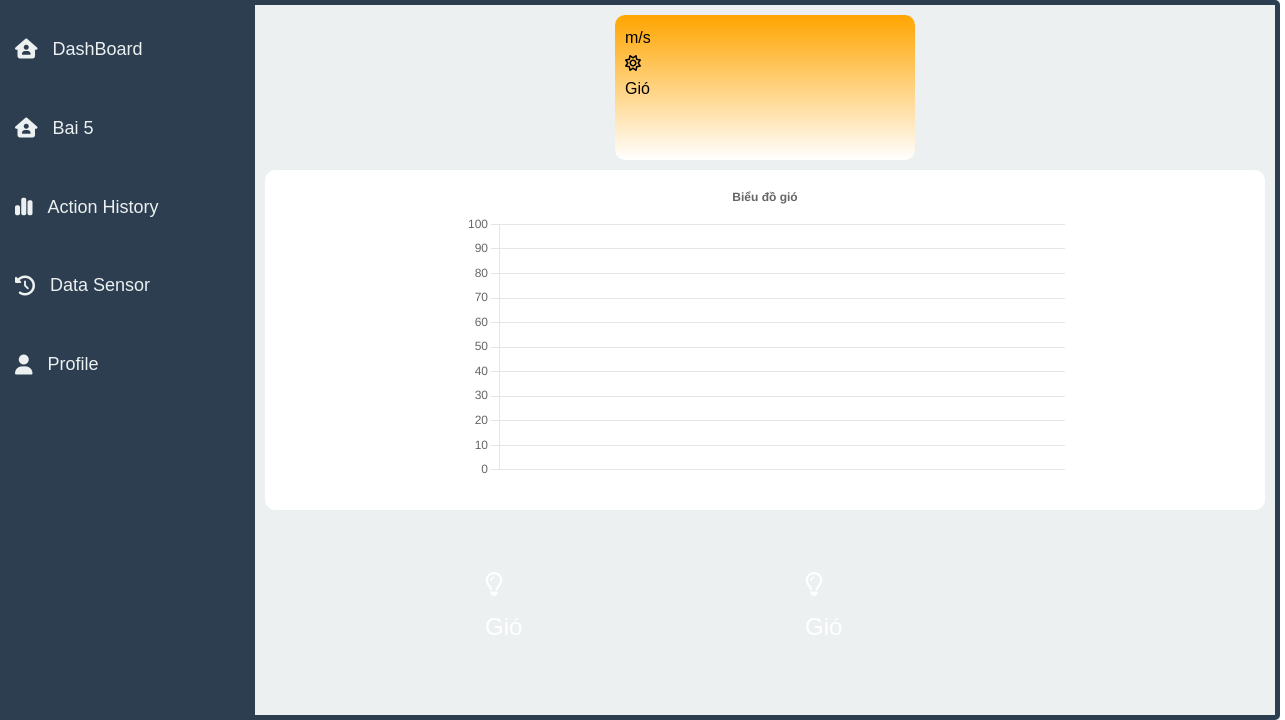
Repository: duongnoob23/duyyyy
Page: /bai5 (app in iot/)
The author's editor kept a copy of each file at every save. The page is drawn from the files as they stood at one save, then again after the next save.
The browser window is 1280 px wide. The page is 1285 px wide, so the pictures cover 1285 px, including what lies to the right of the window. The pictures show the whole page.
The page's requests for data from a server got no answer. Some web libraries are served in a nearby version. The project was rebuilt for these pictures with package versions that can differ from the ones it lists, and the page was loaded fresh each time. No one was signed in, and anything a server would have sent is missing. Also part of the build but not shown: iot/src/App.css, iot/src/Components/Doughnut/GaugeChart.js, iot/src/Components/LineChart/LineChartECharts.js, iot/src/Pages/Home/Home.js, iot/src/Pages/DataLogs/DataLogs.js, iot/src/Pages/Profile/Profile.css, iot/src/Pages/Profile/Profile.js, iot/src/Pages/Action/Action.js and 1 more.

Above is the page before, as saved 2024-12-02 21:23:38.

### iot/public/index.html
<!DOCTYPE html>
<html lang="en">
  <head>
    <meta charset="utf-8" />
    <link rel="icon" href="%PUBLIC_URL%/favicon.ico" />
    <meta name="viewport" content="width=device-width, initial-scale=1" />
    <meta name="theme-color" content="#000000" />
    <meta
      name="description"
      content="Web site created using create-react-app"
    />
    <link rel="apple-touch-icon" href="%PUBLIC_URL%/logo192.png" />
    <!--
      manifest.json provides metadata used when your web app is installed on a
      user's mobile device or desktop. See https://developers.google.com/web/fundamentals/web-app-manifest/
    -->
    <link rel="manifest" href="%PUBLIC_URL%/manifest.json" />
    <!--
      Notice the use of %PUBLIC_URL% in the tags above.
      It will be replaced with the URL of the `public` folder during the build.
      Only files inside the `public` folder can be referenced from the HTML.

      Unlike "/favicon.ico" or "favicon.ico", "%PUBLIC_URL%/favicon.ico" will
      work correctly both with client-side routing and a non-root public URL.
      Learn how to configure a non-root public URL by running `npm run build`.
    -->
    <link rel="stylesheet" href="https://cdnjs.cloudflare.com/ajax/libs/font-awesome/6.6.0/css/all.min.css" integrity="sha512-Kc323vGBEqzTmouAECnVceyQqyqdsSiqLQISBL29aUW4U/M7pSPA/gEUZQqv1cwx4OnYxTxve5UMg5GT6L4JJg==" crossorigin="anonymous" referrerpolicy="no-referrer" />
    <title>React App</title>
    <script src="https://code.highcharts.com/highcharts.js"></script>
  </head>
  <body>
    <noscript>You need to enable JavaScript to run this app.</noscript>
    <div id="root"></div>
    <!--
      This HTML file is a template.
      If you open it directly in the browser, you will see an empty page.

      You can add webfonts, meta tags, or analytics to this file.
      The build step will place the bundled scripts into the <body> tag.

      To begin the development, run `npm start` or `yarn start`.
      To create a production bundle, use `npm run build` or `yarn build`.
    -->
  </body>
</html>

### iot/src/index.js
import React from 'react';
import { DatePicker } from 'antd';
import ReactDOM from 'react-dom/client';
import './index.css';
import App from './App';
import reportWebVitals from './reportWebVitals';
import { BrowserRouter } from 'react-router-dom';


const root = ReactDOM.createRoot(document.getElementById('root'));
root.render(
  // <React.StrictMode>
  <BrowserRouter>
    <App />
  </BrowserRouter>

  // </React.StrictMode>
);


reportWebVitals();

### iot/src/index.css
body {
  margin: 0;
  font-family: -apple-system, BlinkMacSystemFont, 'Segoe UI', 'Roboto', 'Oxygen',
    'Ubuntu', 'Cantarell', 'Fira Sans', 'Droid Sans', 'Helvetica Neue',
    sans-serif;
  -webkit-font-smoothing: antialiased;
  -moz-osx-font-smoothing: grayscale;
}

code {
  font-family: source-code-pro, Menlo, Monaco, Consolas, 'Courier New',
    monospace;
}

*{
  box-sizing: border-box;
  font-family: Arial, Helvetica, sans-serif;
}

html{
  font-size: 62.5%;
}

ul,li{
  list-style-type: none;
  margin: 0;
  padding:0;
}
a{
  text-decoration: none;
}

body{
  margin: 0;
  padding: 0;

}

### iot/src/App.js
// import logo from './logo.svg';
import './App.css';
import Layout from './Components/Layout/Layout';
import { Routes,Route} from 'react-router-dom';
import Home from './Pages/Home/Home';
import DataLogs from './Pages/DataLogs/DataLogs';
import Profile from './Pages/Profile/Profile';
import Action from './Pages/Action/Action';
import Bai5 from './Pages/Bai5/Bai5';
function App() {
  return (
    <>

      <Routes>
          <Route path="/" element = {<Layout/>}>
            <Route path='home' element={<Home/>}/>
            <Route path='bai5' element={<Bai5 />}/>
            <Route path='datalogs' element={<DataLogs/>}/>
            <Route path='profile' element={<Profile/>}/>
            <Route path='action' element={<Action/>}/>
          </Route>
      </Routes>
    </>
  );
}

export default App;

### iot/src/Components/Layout/Layout.js
import './Layout.css'
import { Link, Outlet, } from "react-router-dom";
// import { useState } from "react";

function Layout(){

    return (
        <>

        <div className="dashBoard">
        <div className="sideBar">
            <ul className="sideBar-list">
                <li className="sideBar-item">
                    {/* <a  href="#" className="sideBar-icon">
                        <i className="fa-solid fa-house-user">
                        </i>
                        <span className='sideBar-text'>DashBoard</span>
                    </a> */}
                    <Link className='sideBar-icon' to={"/home"}>
                        <i className="fa-solid fa-house-user">
                        </i>
                        <span className='sideBar-text'>DashBoard</span>
                    </Link>
                </li>
                <li className="sideBar-item">
                    <Link className='sideBar-icon' to={"/bai5"}>
                        <i className="fa-solid fa-house-user">
                        </i>
                        <span className='sideBar-text'>Bai 5</span>
                    </Link>
                </li>
                <li className="sideBar-item">
                <Link  className="sideBar-icon" to={"/action"}>
                    <i className="fa-solid fa-chart-simple"></i>
                        <span className='sideBar-text'>Action History</span>
                    </Link>
                </li>
                <li className="sideBar-item">
                    <Link className="sideBar-icon" to={"/datalogs"} >
                    <i className="fa-solid fa-clock-rotate-left"></i>
                        <span className='sideBar-text'> Data Sensor</span>
                    </Link>
                </li>
                <li className="sideBar-item">

                    <Link className="sideBar-icon" to={"/profile"}>
                        <i className="fa-solid fa-user"></i>
                        <span className='sideBar-text'>Profile</span>
                    </Link>
                </li>
            </ul>
        </div>
        <div className="sideMain">
            <Outlet/>
        </div>
    </div>
        </>
    )
}

export default Layout;

### iot/src/Components/Layout/Layout.css


/* Reset default padding and margins */
* {
    margin: 0;
    padding: 0;
    box-sizing: border-box;
}

/* DashBoard container */
.dashBoard {
    display: flex;
    height : 100vh;
    font-family: 'Roboto', sans-serif;
}

/* SideBar styling */
.sideBar {
    width: 250px;
    background-color: #2c3e50;
    padding: 20px 0;
    position: fixed;
    height: 100%;
    transition: all 0.3s ease;
}

.sideBar-list {
    list-style: none;
    padding-left: 0;
}

.sideBar-item {
    margin-bottom: 20px;
}

.sideBar-icon {
    display: flex;
    align-items: center;
    padding: 15px;
    color: #ecf0f1;
    text-decoration: none;
    transition: background 0.3s ease, color 0.3s ease;
}

.sideBar-icon i {
    margin-right: 15px;
    font-size: 20px;
}

/* Hover effect for sidebar items */
.sideBar-icon:hover {
    background-color: #34495e;
    color: #1abc9c;
    cursor: pointer;
    padding-left: 25px; /* Add a slide effect */
    transition: all 0.3s ease;
}

.sideBar-text {
    font-size: 18px;
}

/* Active link effect */
.sideBar-icon.active {
    background-color: #1abc9c;
    color: #fff;
    border-radius: 8px;
    transition: all 0.3s ease;
}

/* SideMain styling */
.sideMain {
    margin-left: 250px;
    background-color: #ecf0f1;
    flex-grow: 1;
}

/* Responsive Design */
@media screen and (max-width: 768px) {
    .sideBar {
        width: 200px;
    }

    .sideBar-icon {
        padding: 10px;
    }

    .sideMain {
        margin-left: 200px;
        padding: 20px;
    }
}

@media screen and (max-width: 576px) {
    .sideBar {
        width: 60px;
    }

    .sideBar-icon i {
        margin-right: 0;
        text-align: center;
        flex: 1;
    }

    .sideBar-text {
        display: none;
    }

    .sideMain {
        margin-left: 60px;
        padding: 10px;
    }
}

### iot/src/Pages/Home/Home.css
/* General Styling */
.main {
    display: flex;
    flex-direction: column;
    height : 100%; /* Chiếm toàn bộ chiều cao của màn hình */

    box-sizing: border-box; /* Đảm bảo padding không làm thay đổi kích thước */
}

.section {
  width: 100%;
  height : 100%;
}



.section-one{
    width: 100vh;
    height : 100%;
    display: flex;
    flex-direction: row;

}

.left{
  width: 75%;
}

.right{
  width: 25%;
}

.sensor{
    height: 30%;
}


.sensor-list {
    height: 100%;
    display: flex;
    list-style-type: none;
    padding: 0;
    margin: 0;
    justify-content: space-between; /* Rải đều các phần tử trong container */
    width: 100%; /* Chiếm toàn bộ chiều rộng của màn hình */
}

.sensor-item {
    flex: 1; /* Các phần tử sẽ tự động chiếm đều không gian */
    /* padding: 5px; */
    background-color: #ffffff;
    border-radius: 12px;
    box-shadow: 0 4px 12px rgba(0, 0, 0, 0.1);
    display: flex;
    flex-direction: column;
    align-items: center;
    text-align: center;
    margin: 10px;
    min-width: 50px; /* Đảm bảo các phần tử không quá nhỏ */
}
  .sensor-item .sensor-digit {
    font-size: 1.2em;
    font-weight: bold;
    margin-bottom: 5px;
    color: #333;
  }

  .sensor-item:nth-child(2){
    /* margin:10px 20px; */
  }

  .sensor-bar {
    width: 100%;
    height: 100px;
    background-color: #e0e0e0;
    border-radius: 8px;
    position: relative;
    overflow: hidden;
    margin: 10px 0;
  }

  .sensor-fill {
    position: absolute;
    bottom: 0;
    width: 100%;
    border-radius: 8px;
  }

  .sensor-item.light .sensor-fill {
    background-color: #ffb74d; /* Soft orange for light */
  }

  .sensor-item.temperature .sensor-fill {
    background-color: #ef5350; /* Soft red for temperature */
  }

  .sensor-item.humidity .sensor-fill {
    background-color: #42a5f5; /* Soft blue for humidity */
  }

  .label {
    font-size: 0.9em;
    font-weight: 600;
    color: #777;
  }
  /* Chart Section */
  .chart {
    height: 70%;
    width: 100%;
    /* margin-top: 20px; */
    /* margin: 15px; */
    padding: 0;
  }
.styleChart{
  aspect-ratio: 7/3;
}
  /* Electric Section */
  .electric {
    width: 100%;
    margin-top: 5px;
  }

  .electric-list {
    list-style: none;
    padding: 0;
    margin: 0;
    display: flex;
    flex-direction: column;
    justify-content: space-around;
    gap: 15px;
  }

  .electric-item {
    /* flex: 1; */
    text-align: center;
    padding: 20px;
    background-color: #f9f9f9;
    border-radius: 10px;
    box-shadow: 0px 4px 10px rgba(0, 0, 0, 0.1);
    transition: transform 0.3s ease, box-shadow 0.3s ease;
    width: 300px;
  }




  .electric-box {
    position: relative;
    margin-bottom: 10px;
  }

  .electric-input {
    display: none;
  }

  .electric-label {
    display: block;
    width: 60px;
    height: 30px;
    background-color: #ddd;
    border-radius: 15px;
    position: relative;
    cursor: pointer;
    transition: background-color 0.3s;
  }



  .electric-input:checked + .electric-label {
    background-color: #4caf50;
  }

  .electric-input:checked + .electric-label:before {
    left: 31px;
  }

  .on-off {
    font-weight: bold;
    margin-top: 8px;
    font-size: 16px;
  }

  .electric-item i {
    font-size: 36px;
    color: #4caf50;
  }

  .electric-item .light-icon,
  .electric-item .temp-icon,
  .electric-item .air-icon {
    color: #aaa;
  }

/* css button  */

### iot/src/Components/Helper/URL.js
export const URL = "http://localhost:3001";

### iot/src/Pages/DataLogs/DataLogs.css
*{
    box-sizing: border-box;
}
.table {
    width: 90%;
    border-collapse: collapse;
    margin: 10px;
    border-radius:10px;
    overflow: hidden;
}

.data{
    border:5px solid #2c3e50;
    border-radius: 0 5px 5px 0;
    height: 100%;
}

.table__body{
    border-radius: 10px;
    border: 2px solid #2c3e50;
}

.table__head{
    border: 2px solid #2c3e50;
}
th, td {
    padding: 10px;
    text-align: center;
    border-bottom: 1px solid #ddd;
}
th {
    background-color: #2c3e50;
    color: white;
}

.table-row__body{
    transition: all 0.1s linear;

}
.table-row__body:nth-child(even){
    background-color: #eee;

}
.table-row__body:hover{
    background-color: #2c3e50;
    color: #F4C427;

}

.table-row__body:active{
    background-color: #2c3e50;
    color: #F4C427;
}
.data__title{
    margin-left: 10px;
    font-size: 20px;
    font-weight: bold;
}

.data__sort{
    margin-left: 10px;
    font-size: 15px;
    font-weight: bold;
    margin-bottom: 10px;

}

.data__in{
    border-radius: 10px;
    border: 2px solid #7A40F2;
    margin: 10px;
}

### iot/src/Pages/Action/Action.css
* {
    box-sizing: border-box;
    font-family: 'Arial', sans-serif; /* Change this to your preferred font */
    font-size: 16px; /* Default font size */
    line-height: 1.6; /* Controls line spacing */
}


.action {
    border: 5px solid #2c3e50;
    border-radius: 0 5px 5px 0;
    height: 100vh; /* Full viewport height */
    display: flex;
    flex-direction: column;
    justify-content: space-between; /* Distribute space evenly */
}

.action-title {
    margin-left: 10px;
    font-size: 24px;
    font-weight: bold;
    margin-bottom: 20px;
}

.option {
    display: flex;
    align-items: center;
    margin-bottom: 20px;
}

.search {
    margin-left: 20px;
    display: flex;
    align-items: center;
}

.search__input {
    padding: 8px 15px;
    border-radius: 8px;
    outline: none;
    border: 1px solid #2c3e50;
    margin-right: 5px;
    font-size: 16px;
}

.search__icon {
    cursor: pointer;
    font-size: 20px;
    color: #2c3e50;
}

.select, .select2 {
    margin-left: auto;
    padding: 0 10px;
}

.select__list {
    padding: 8px 12px;
    border-radius: 8px;
    border: 1px solid #2c3e50;
    outline: none;
    font-size: 16px;
}

/* Table container to control overflow */
.table__container {
    flex-grow: 1;
    overflow-y: auto;
    border-radius: 10px;
    margin: 0 20px;
    padding-bottom: 20px;
}

.table {
    width: 100%;
    border-collapse: collapse;
}

.table__head {
    background-color: #2c3e50;
    color: white;
    border-radius: 10px 10px 0 0;
}

.table-row__head th, .table-row__body td {
    padding: 10px;
    text-align: center;
}

.table-row__body:nth-child(even) {
    background-color: #f7f7f7;
}

.table-row__body:hover {
    background-color: #2c3e50;
    color: #F4C427;
}

/* Maintain height to ensure 10 rows fill the page */
.table-row__body {
    height: 40px; /* Adjust this based on design preferences */
    transition: background-color 0.3s;
}

.table__body {
    border-radius: 0 0 10px 10px;
}

.pagination {
    margin-right: 20px;
    padding: 10px 0;
    text-align: right;
}

.pagi__list {
    display: flex;
    justify-content: flex-end;
    align-items: center;
    font-size: 16px;
}

.pagi__item {
    margin: 0 5px;
    cursor: pointer;
    padding: 5px 10px;
    border: 1px solid #3498db;
    border-radius: 5px;
    transition: background-color 0.3s;
}

.pagi__next, .pagi__pre {
    color: #3498db;
}

.pagi__cur {
    font-weight: bold;
    color: #fff;
    background-color: #15181b;
    border-radius: 5px;
    padding: 5px 10px;
}

/* Ensure last row visibility */
.table__container::-webkit-scrollbar {
    width: 6px;
}

.table__container::-webkit-scrollbar-thumb {
    background-color: #121518;
    border-radius: 10px;
}

### iot/src/Pages/Bai5/Bai5.css
.main{
    width: 100%;
    padding:10px;
    height: 100%;
    border:5px solid #2c3e50;
    border-radius: 0 5px 5px 0;
}


.section{
}

.section .section-two{
    height: 100%;
    width: 100%;
    display: flex;
    flex-direction: column;
}



.electric{
    background-color: white;
    /* padding:10px; */
    border-radius: 15px;
    /* margin-bottom: 15px; */
}

.electric-list{
    display: flex;
    justify-content: center;
    align-items: center;
    margin-left: -20px;
    height: 100%;
}

.electric-item{
    width: 80%;
    height: calc(100% / 3 - 10px);
    margin-left: 20px;
    /* background-color: white; */
    border-radius: 10px;
    padding: 10px;
    box-shadow: rgba(0, 0, 0, 0.35) 0px 5px 15px;
    color:#2c3e50;
    display: flex;
    flex-direction: column;
    justify-content: space-between;
    font-size: 15px;
    transition: all 0.25s linear;
    position: relative;
    /* cursor: pointer; */
}

/* .electric-item:hover{
    background-color: #2c3e50;
    color: white;
    box-shadow: #2c3e50 3px 3px 9px 0px;
} */

.electric-item i{
    font-size: 40px;
}

.electric-item .on-off{
    font-size: 20px;
    color: black;
    margin-top: 0;
}

.electric-item:hover .on-off{
    /* color:white; */
}

.electric-input{
    display: none;
}

.electric-input:checked + .electric-label{
    background-color: #2c3e50;
    box-shadow: white 0px 5px 15px;
}

.electric-input:checked + .electric-label:after{
    background-color: white;
    transform: translateX(17px);
}
.electric-input:checked .temperature{
    color: #2c3e50;
}


.electric-label{
    position: absolute;
    top:20px;
    right: 20px;
    width: 36px;
    height: 20px;
    border-radius: 20px;
    background-color: #F5F5F5;
    transition: all 0.25s linear;
    cursor: pointer;
}

.electric-label:after{
    cursor: pointer;
    content: "";
    position:  absolute;
    top:1px;
    left: 1px;
    width: 18px;
    height: 18px;
    border-radius: 50%;
    background-color: white;
    transition: all 0.25s linear;
    box-shadow: rgba(0, 0, 0, 0.35) 0px 5px 15px;
}

.electric-item .electric-light{
    display: inline-block;
    font-size: 40px;
    color: black;
    transition: all 0.4s linear;
    display: flex;
    justify-content: center;
    align-items: center;
}
.electric-item .electric-light.show{
    color: yellow;
    /* box-shadow: 0 0 3px 3px yellow; */
    filter: drop-shadow(0 0 10px rgba(255, 255, 0, 0.8)) drop-shadow(0 0 20px rgba(255, 255, 0, 0.642));
}

.electric-item .electric-air{
    display: flex;
    justify-content: center;
    align-items: center;
    color:black;
}

.electric-item .electric-air.show{
    content: "";
    animation:spin 2s linear infinite;
    color:#3acbe9;
    transition: all 0.4s linear;
}

.electric-item .electric-temperature{
    display: flex;
    justify-content: center;
    align-items: center;
    color:black;
}

.electric-item .electric-temperature.show{
    /* color: linear-gradient(to top,red ,yellow ); */
    background-image: linear-gradient(to top,red,yellow);
    color:transparent;
    background-clip: text;
    transition: all 0.4s linear;
}

@keyframes spin {
    to{
        transform: rotate(720deg);
    }
  }

.meter{
    background-color: white;
    padding:10px;
    border-radius: 15px;
    margin-bottom: 5px;
}

.meter-list{
    display: flex;
    justify-content: center;
    align-items: center;
    margin-left: -20px;
}

.meter-item{
    width: calc(100% / 3 - 20px);
    height: 120px;
    margin-left: 20px;
    /* background-color: white; */
    border-radius: 10px;
    padding: 10px;
    box-shadow: rgba(0, 0, 0, 0.35) 0px 5px 15px;
    color:black;
    display: flex;
    flex-direction: column;
    justify-content: space-between;
    font-size: 18px;
    transition: all 0.25s linear;
    position: relative;
}
.meter-item:first-child{
    /* background-image: linear-gradient(to bottom,#F4C427,white); */
    background-color: #f4c427;
    }



.meter-item:last-child{
    /* background-image: linear-gradient(to bottom,#3ACBE9,white); */
    background-color: #3acbe9;
}

.meter-item:nth-child(2){
    /* background-image: linear-gradient(to bottom,#FF9060,white); */
    background-color: #FF9060;
}

.meter-digit
{
    text-align: start;
    font-size: 24px;
    font-weight: white;
}

.chart{
    width: 100%;
    height: 50%;
    border-radius: 10px;
    background-color: white;
    padding:10px;
    margin-bottom: 20px;
    ;
}



.blink {
    background-color: yellow;
    animation: blink 1s infinite;
    color:black;
  }

  @keyframes blink {
    0%, 100% {
      background-color: yellow;
      color:white;
    }
    50% {
      background-color: transparent;
    }
  }


.bai5{
    margin: 0 auto;
    width: 300px;
    height: 25%;
    margin-bottom: 10px;
    border-radius: 10px;
    overflow: hidden;
}

.bai5 .bai5-item{
    padding: 10px;
    height: 100%;
}
.control{
    width: 100%;
    height: 30%;
}

.control-list{
    height: 100%;
    display: flex;
    justify-content: center;
    align-items: center;
    margin-right: -20px;
}

.control-item{
    margin-left: 20px;
    width: 300px;
    height: 90%;
    padding: 10px;
    border-radius: 12px;
    font-size: 32px;
}

.control-item .text{
    font-size: 24px;
}

.control-item i{
    font-size: 24px;
}

### iot/src/Components/LineChart/LineChartFix.js
import React, { useEffect,useState } from 'react';
import { Line } from 'react-chartjs-2';
import { Chart as ChartJS, CategoryScale, LinearScale, PointElement, LineElement, Title, Tooltip, Legend } from 'chart.js';
import {URL} from '../Helper/URL';
ChartJS.register(CategoryScale, LinearScale, PointElement, LineElement, Title, Tooltip, Legend);



const LineChartFix = ({onDataUpdate}) => {


  const [dataChart,setDataChart] = useState({
    labels:[],
    datasets:[],
  })
  // console.log(onDataUpdate);
  const fetchApi = () => {
    fetch(URL + `/windspeed`)
      .then(res => res.json())
      .then(data => {
        if (data) {
          console.log(data);

          // Adding index (increasing order) to the data
          let indexedData = data.results.map((item, index) => ({
            ...item,
            index: index + 1 // Adding index starting from 1
          }));

          // Extract time, temperature, humidity, and light values
          let time = indexedData.map(item => item.time);
          let temperature = indexedData.map(item => item.temperature);
          let humidity = indexedData.map(item => item.humidity);
          let light = indexedData.map(item => item.light / 10);
          let windspeed = indexedData.map(item => item.light/10 + 13);
          setDataChart({
            labels: time,
            datasets: [
              {
                label: 'Tốc độ gió ',
                data: windspeed,
                borderColor: 'rgba(255, 206, 86, 1)',
                backgroundColor: 'rgba(255, 206, 86, 0.2)',
                tension: 0.4,
              },
            ],
          });

          const option = {
            windspeed: windspeed[windspeed.length - 1 ],
          };

          onDataUpdate(option);
        }
      });
  };

  useEffect(() => {
    fetchApi(); // Lần gọi đầu tiên ngay khi component mount

    // const interval = setInterval(() => {
    //   fetchApi(); // Gọi API mỗi 5 giây (5000ms)
    // }, 5000);

    // return () => clearInterval(interval); // Dọn dẹp interval khi component unmount
  }, []);


  const options = {
    responsive: true,
    plugins: {
      legend: {
        position: 'top',
      },
      title: {
        display: true,
        text: 'Biểu đồ gió',
      },
    },
    scales: {
      y: {
        beginAtZero: true,
        max: 100, // Đặt giá trị tối đa cho trục y
      },
    },
  };


  return (
    <div style={{
      width: '100%',
      height: '300px',
      margin: '0 auto',
      textAlign: 'center',
      display: 'flex',
      justifyContent: 'center', // Căn giữa theo chiều ngang
      alignItems: 'center',
    }}>
      <Line data={dataChart} options={options} />
    </div>
  );
};

// onDataUpdate={handleDataUpdate}
export default LineChartFix;

Loaded but not shown: iot/src/reportWebVitals.js (common file); iot/src/Pages/Bai5/Bai5.js (119 lines, source omitted)

After the next save:
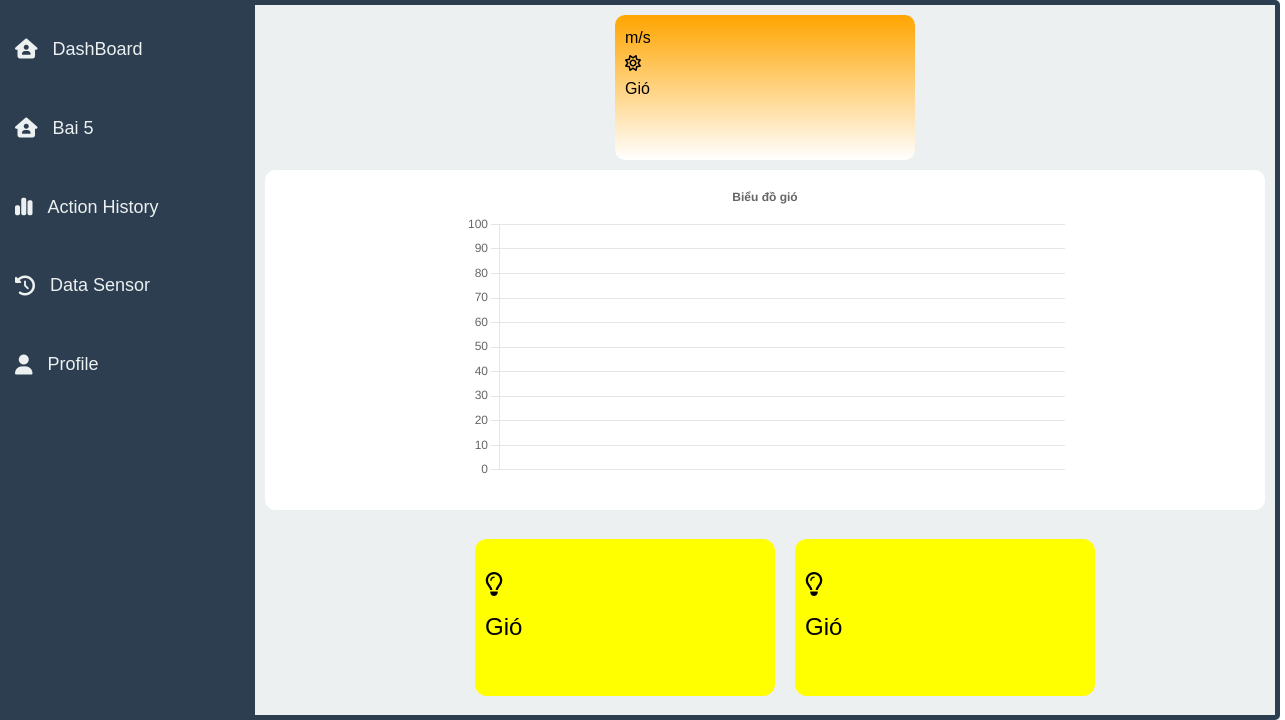
Saved 5 s later.
--- a/iot/src/Pages/Bai5/Bai5.css
+++ b/iot/src/Pages/Bai5/Bai5.css
@@ -234,7 +234,7 @@
 
 .blink {
     background-color: yellow;
-    animation: blink 1s infinite;
+    /* animation: blink 1s infinite; */
     color:black;
   }
 
